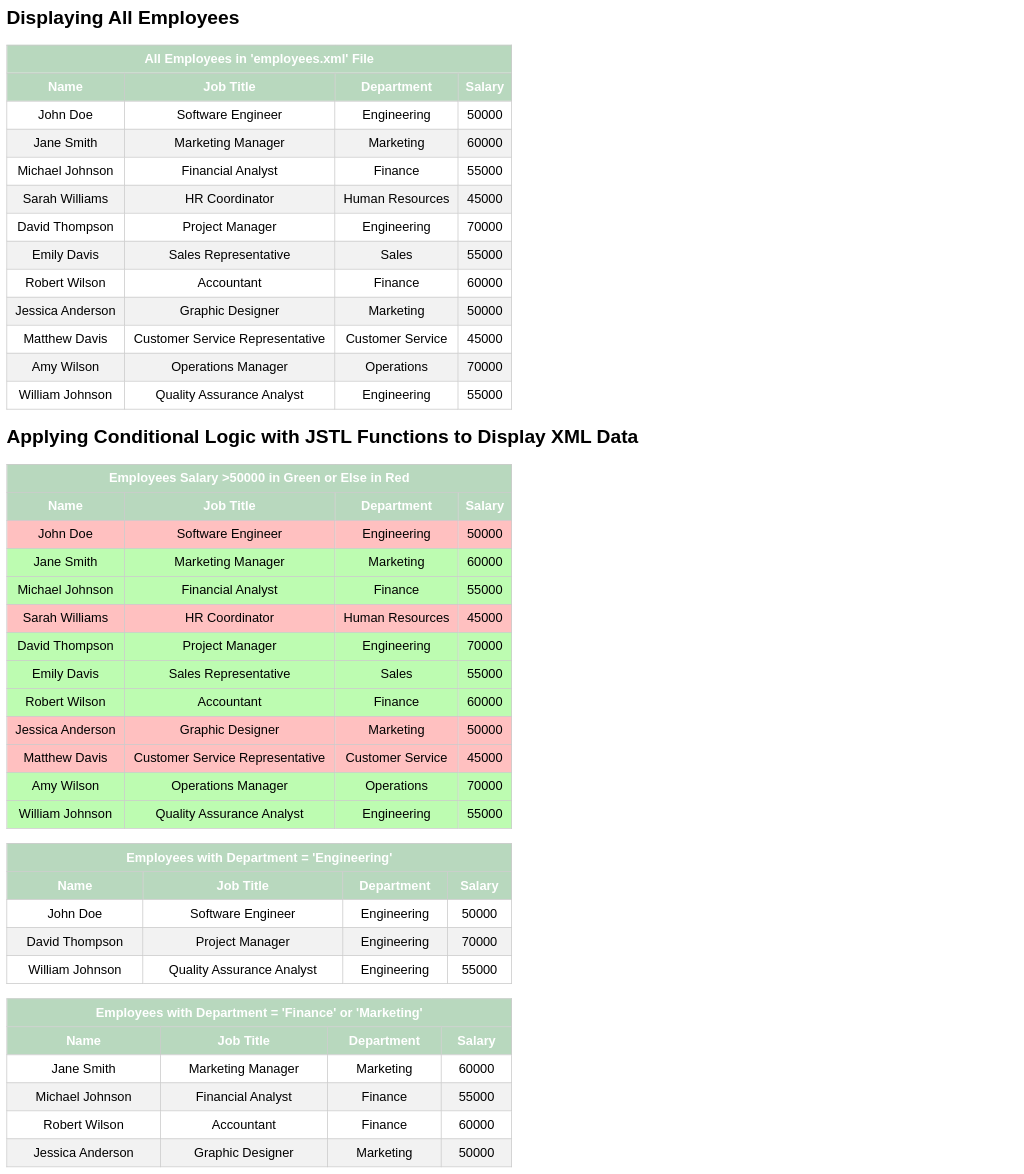
Repository: bkyncl/csd-430
Page: http://localhost/kyncl_mod9/
The author's editor kept a copy of each file at every save. The page is drawn from the files as they stood at one save, then again after the next save.
The browser window is 1280 px wide. The pictures show the whole page, at 80% of full size.
The page is served by Tomcat 9.

Above is the page before, as saved 2023-07-05 06:39:02.

### kyncl_mod9/src/main/webapp/index.jsp
<%--
index.jsp
Module 9 assignment
Name: Brittany Kyncl
Date: 7.5.22
Course: CSD430
File to example the usage the usage of JSTL and XPath to parse XML data,
iterate over XML elements, apply conditional logic, and display the data in with customized styling.
Context purpose is to parse the XML file 'employees.xml' containing
employees data, and display it in tabular format. The file incorporates JSTL tags and functions
to manipulate the XML data and apply conditional logic for displaying the data based on various criteria.

--%>
<%@ page language="java" contentType="text/html; charset=ISO-8859-1" pageEncoding="ISO-8859-1"%>
<%@taglib uri="http://java.sun.com/jsp/jstl/core" prefix="c"%>
<%@taglib uri="http://java.sun.com/jsp/jstl/xml" prefix="x"%>
<html>
<head>
	<title>Parsing employees.xml</title>
	<link rel="stylesheet" type="text/css" href="styles.css">
</head>
<body>
	<c:import url="employees.xml" var="employeeData"/>
	<x:parse doc="${employeeData}" var="dom"/>

	<h2>Displaying All Employees</h2>
	<table border="1">
		<tr>
			<th colspan="4">All Employees in 'employees.xml' File</th>
		</tr>
		<tr>
			 <th>Name</th>
			 <th>Job Title</th>
			 <th>Department</th>
			 <th>Salary</th>
		</tr>
		<x:forEach var="employee" select="$dom/employees/employee">
		<%-- Displaying the details of each employee --%>
		<tr>
		  	<td><x:out select="$employee/name"/></td>
			<td><x:out select="$employee/jobTitle"/></td>
			<td><x:out select="$employee/department"/></td>
			<td><x:out select="$employee/salary"/></td>

		</x:forEach>
	</table>

	<h2>Applying Conditional Logic with JSTL Functions to Display XML Data</h2>
	<table border="1">
	    <tr>
	        <th colspan="4">Employees Salary >50000 in Green or Else in Red</th>
	    </tr>
	    <tr>
	        <th>Name</th>
	        <th>Job Title</th>
	        <th>Department</th>
	        <th>Salary</th>
	    </tr>
	    <x:forEach var="employee" select="$dom/employees/employee">
	        <x:choose>
	        	<%-- Applying styling to employees with salary > 50000 --%>
	            <x:when select="$employee/salary>50000">
	                <tr style="background-color: #BDFCB1;">
	                    <td><x:out select="$employee/name"/></td>
	                    <td><x:out select="$employee/jobTitle"/></td>
	                    <td><x:out select="$employee/department"/></td>
	                    <td><x:out select="$employee/salary"/></td>
	                </tr>
	            </x:when>
	            <%-- Applying styling to employees with salary <= 50000 --%>
	            <x:when select="$employee/salary<=50000">
	                <tr style="background-color: #FFC0C0;">
	                    <td><x:out select="$employee/name"/></td>
	                    <td><x:out select="$employee/jobTitle"/></td>
	                    <td><x:out select="$employee/department"/></td>
	                    <td><x:out select="$employee/salary"/></td>
	                </tr>
	            </x:when>
	            <%-- Displaying employees without any styling for otherwise clause (just in case conditions not met) --%>
	            <x:otherwise>
	                <tr>
	                    <td><x:out select="$employee/name"/></td>
	                    <td><x:out select="$employee/jobTitle"/></td>
	                    <td><x:out select="$employee/department"/></td>
	                    <td><x:out select="$employee/salary"/></td>
	                </tr>
	            </x:otherwise>
	        </x:choose>
	    </x:forEach>
	</table>
    <br>
    <table border="1">
	    <tr>
	        <th colspan="4">Employees with Department = 'Engineering'</th>
	    </tr>
	    <tr>
	        <th>Name</th>
	        <th>Job Title</th>
	        <th>Department</th>
	        <th>Salary</th>
	    </tr>
	    <x:forEach var="employee" select="$dom/employees/employee">
	        <x:choose>
	        	<%-- Filtering and displaying employees with the department value 'Engineering' --%>
	            <x:when select="$employee/department='Engineering'">
	                <tr>
	                    <td><x:out select="$employee/name"/></td>
	                    <td><x:out select="$employee/jobTitle"/></td>
	                    <td><x:out select="$employee/department"/></td>
	                    <td><x:out select="$employee/salary"/></td>
	                </tr>
	            </x:when>
	        </x:choose>
	    </x:forEach>
	</table>
	<br>
	<table border="1">
	    <tr>
	        <th colspan="4">Employees with Department = 'Finance' or 'Marketing'</th>
	    </tr>
	    <tr>
	        <th>Name</th>
	        <th>Job Title</th>
	        <th>Department</th>
	        <th>Salary</th>
	    </tr>
	    <x:forEach var="employee" select="$dom/employees/employee">
	        <x:choose>
	        	<%-- Filtering and displaying employees with the department values 'Finance' or 'Marketing' --%>
	            <x:when select="$employee/department='Finance' or $employee/department='Marketing'">
	                <tr>
	                    <td><x:out select="$employee/name"/></td>
	                    <td><x:out select="$employee/jobTitle"/></td>
	                    <td><x:out select="$employee/department"/></td>
	                    <td><x:out select="$employee/salary"/></td>
	                </tr>
	            </x:when>
	        </x:choose>
	    </x:forEach>
	</table>
</body>
</html>

### kyncl_mod9/src/main/webapp/employees.xml
<?xml version="1.0" encoding="UTF-8"?>
<employees>
  <employee>
    <name>John Doe</name>
    <jobTitle>Software Engineer</jobTitle>
    <department>Engineering</department>
    <salary>50000</salary>
  </employee>
  <employee>
    <name>Jane Smith</name>
    <jobTitle>Marketing Manager</jobTitle>
    <department>Marketing</department>
    <salary>60000</salary>
  </employee>
  <employee>
    <name>Michael Johnson</name>
    <jobTitle>Financial Analyst</jobTitle>
    <department>Finance</department>
    <salary>55000</salary>
  </employee>
  <employee>
    <name>Sarah Williams</name>
    <jobTitle>HR Coordinator</jobTitle>
    <department>Human Resources</department>
    <salary>45000</salary>
  </employee>
  <employee>
    <name>David Thompson</name>
    <jobTitle>Project Manager</jobTitle>
    <department>Engineering</department>
    <salary>70000</salary>
  </employee>
  <employee>
    <name>Emily Davis</name>
    <jobTitle>Sales Representative</jobTitle>
    <department>Sales</department>
    <salary>55000</salary>
  </employee>
  <employee>
    <name>Robert Wilson</name>
    <jobTitle>Accountant</jobTitle>
    <department>Finance</department>
    <salary>60000</salary>
  </employee>
  <employee>
    <name>Jessica Anderson</name>
    <jobTitle>Graphic Designer</jobTitle>
    <department>Marketing</department>
    <salary>50000</salary>
  </employee>
  <employee>
    <name>Matthew Davis</name>
    <jobTitle>Customer Service Representative</jobTitle>
    <department>Customer Service</department>
    <salary>45000</salary>
  </employee>
  <employee>
    <name>Amy Wilson</name>
    <jobTitle>Operations Manager</jobTitle>
    <department>Operations</department>
    <salary>70000</salary>
  </employee>
  <employee>
    <name>William Johnson</name>
    <jobTitle>Quality Assurance Analyst</jobTitle>
    <department>Engineering</department>
    <salary>55000</salary>
  </employee>
</employees>

### kyncl_mod9/src/main/webapp/styles.css
/* Table styles */
body {
  font-family: Arial, sans-serif;
}
table {
  width: 50%;
  border-collapse: collapse;
}
table tr:nth-child(even) {
  background-color: #f2f2f2; /* Replace with your desired color */
}

table th, table td {
  padding: 8px;
  text-align: center;
  border: 1px solid #ccc;
}

table th {
  background-color: #b8d8be;
  color: #fff;
}

After the next save:
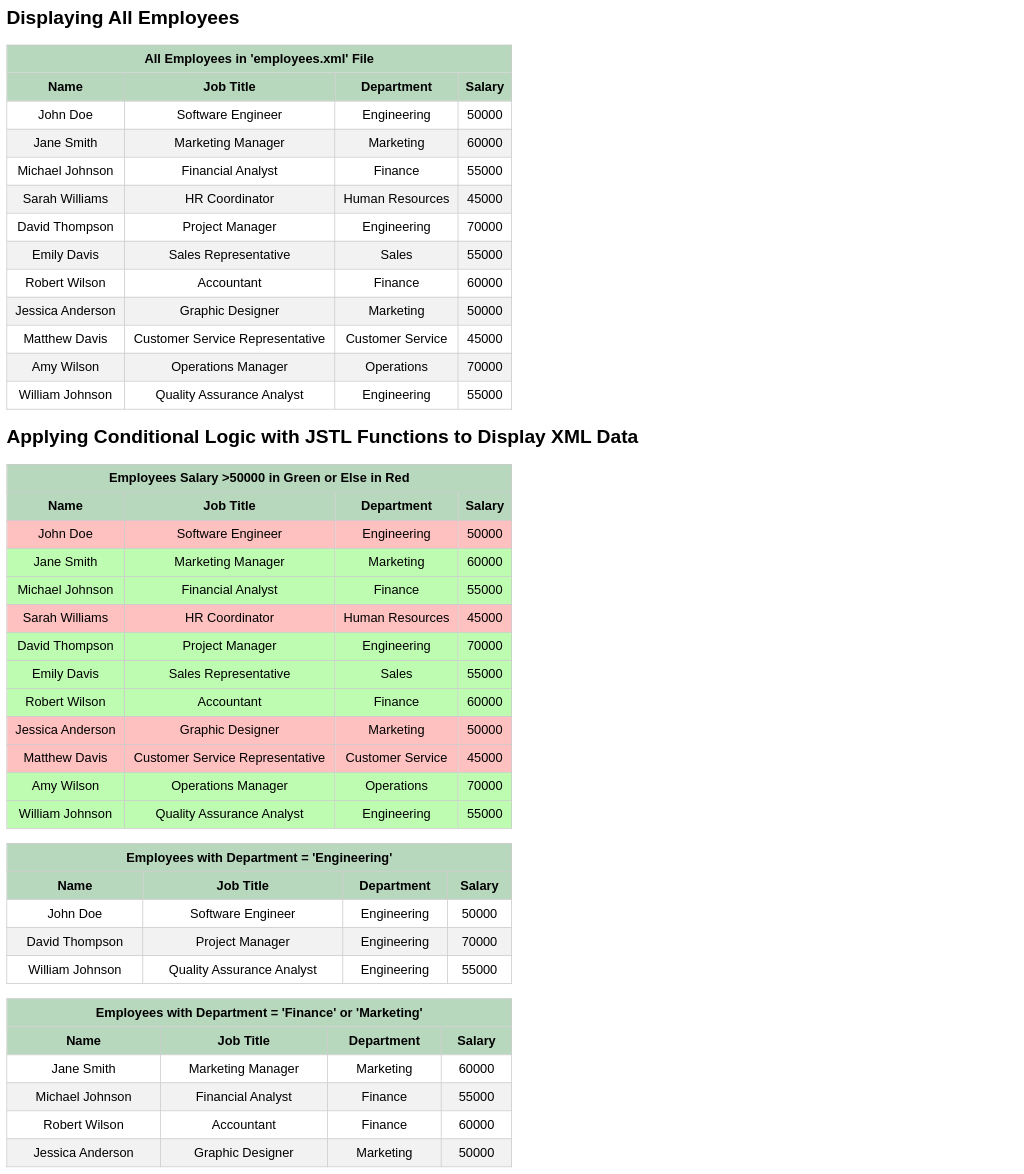
Saved 8 s later.
--- a/kyncl_mod9/src/main/webapp/styles.css
+++ b/kyncl_mod9/src/main/webapp/styles.css
@@ -18,5 +18,4 @@ table th, table td {
 
 table th {
   background-color: #b8d8be;
-  color: #fff;
 }
